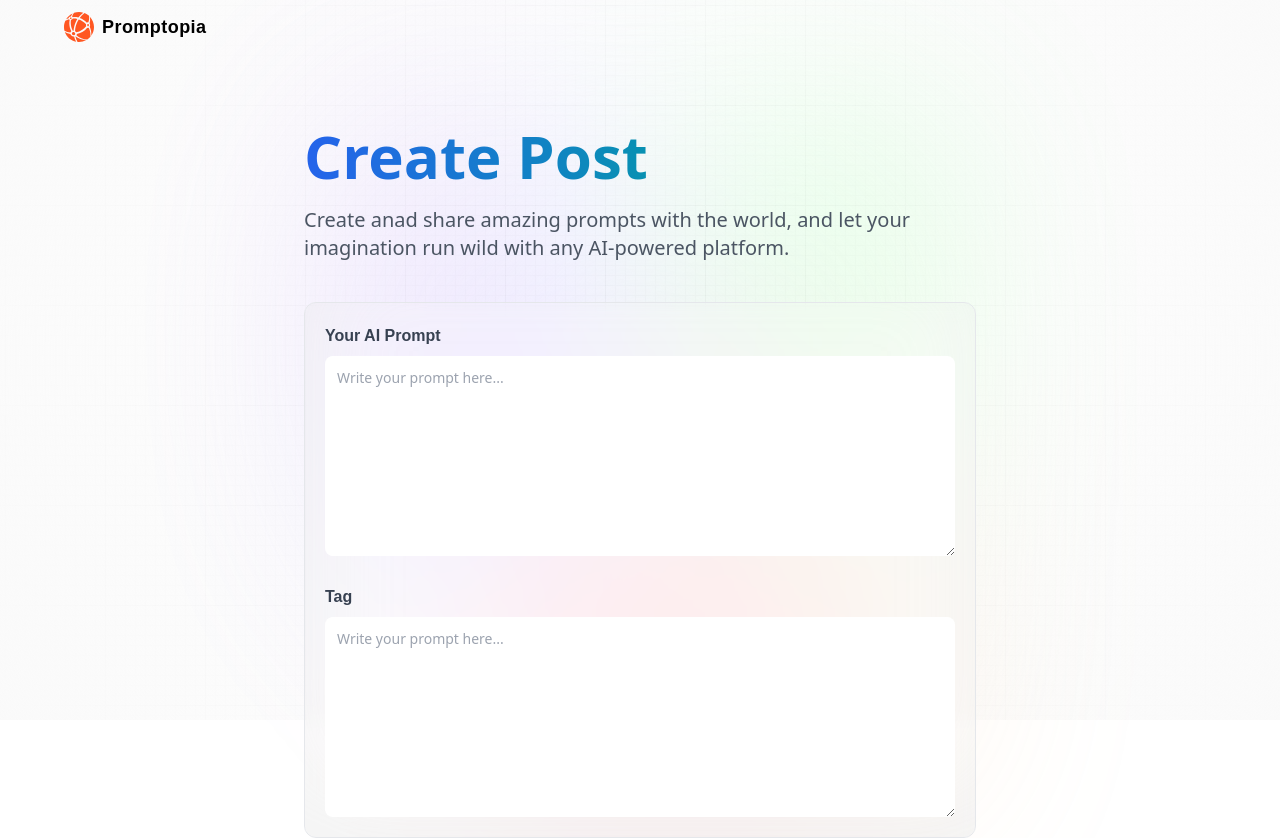
Repository: shraddesh123/promptAI
Page: /create-prompt
These files come from the project's save history. The page is drawn as it stood at one moment and after a run of saves; the edit follows.
The browser window is 1280 px wide. The pictures show the whole page.
The page's requests for data from a server got no answer. The project was rebuilt for these pictures with package versions that can differ from the ones it lists, and the page was loaded fresh each time. The framework's server and built-in components were replaced by stand-ins that run in the browser. No one was signed in, and anything a server would have sent is missing. Also part of the build but not shown: next.config.mjs.

Above is the page before, as saved 2024-08-02 18:40:59.

### app/layout.jsx

import "@styles/global.css";
import Nav from "@components/Nav";
import Provider from "@components/Provider";


export const metadata = {
    title: "Promptopia",
    description: "Discover & Share AI Prompts",
};
//we did not returning anything like other components
const RootLayout = ({ children }) => (
    <html lang='en'>
        <body>
            <Provider>
                <div className='main'>
                    <div className='gradient' />
                </div>
                <main className='app'>
                    <Nav />
                    {children}
                </main>
            </Provider>
        </body>
    </html>
);

export default RootLayout;

### app/create-prompt/page.jsx
"use client";
import { useState } from "react"
import { useSession } from "next-auth/react";
import { useRouter } from "next/router";

import Form from "@components/Form";


const CreatePrompt = () => {
    const [Submitting, setSubmitting] = useState(false);
    const [Post, setPost] = useState({
        prompt: '',
        tag: '',
    });
    const createPrompt = async (e) => {

    }
    return (
        <div>
            <Form
                type="Create"
                post={Post}
                setPost={setPost}
                Submitting={Submitting}
                handleSubmit={createPrompt}
            />
        </div>
    )
}

export default CreatePrompt

### styles/global.css
@import url("https://fonts.googleapis.com/css2?family=Inter:wght@100;200;300;400;500;600;700;800;900&display=swap");

@tailwind base;
@tailwind components;
@tailwind utilities;

/*
  Note: The styles for this gradient grid background is heavily inspired by the creator of this amazing site (https://dub.sh) – all credits go to them!
*/

.main {
  width: 100vw;
  min-height: 100vh;
  position: fixed;
  display: flex;
  justify-content: center;
  padding: 120px 24px 160px 24px;
  pointer-events: none;
}

.main:before {
  background: radial-gradient(circle, rgba(2, 0, 36, 0) 0, #fafafa 100%);
  position: absolute;
  content: "";
  z-index: 2;
  width: 100%;
  height: 100%;
  top: 0;
}

.main:after {
  content: "";
  background-image: url("/assets/images/grid.svg");
  z-index: 1;
  position: absolute;
  width: 100%;
  height: 100%;
  top: 0;
  opacity: 0.4;
  filter: invert(1);
}

.gradient {
  height: fit-content;
  z-index: 3;
  width: 100%;
  max-width: 640px;
  background-image: radial-gradient(
      at 27% 37%,
      hsla(215, 98%, 61%, 1) 0px,
      transparent 0%
    ),
    radial-gradient(at 97% 21%, hsla(125, 98%, 72%, 1) 0px, transparent 50%),
    radial-gradient(at 52% 99%, hsla(354, 98%, 61%, 1) 0px, transparent 50%),
    radial-gradient(at 10% 29%, hsla(256, 96%, 67%, 1) 0px, transparent 50%),
    radial-gradient(at 97% 96%, hsla(38, 60%, 74%, 1) 0px, transparent 50%),
    radial-gradient(at 33% 50%, hsla(222, 67%, 73%, 1) 0px, transparent 50%),
    radial-gradient(at 79% 53%, hsla(343, 68%, 79%, 1) 0px, transparent 50%);
  position: absolute;
  content: "";
  width: 100%;
  height: 100%;
  filter: blur(100px) saturate(150%);
  top: 80px;
  opacity: 0.15;
}

@media screen and (max-width: 640px) {
  .main {
    padding: 0;
  }
}

/* Tailwind Styles */

.app {
  @apply relative z-10 flex justify-center items-center flex-col max-w-7xl mx-auto sm:px-16 px-6;
}

.black_btn {
  @apply rounded-full border border-black bg-red-500 py-1.5 px-5 text-white transition-all hover:bg-white hover:text-black text-center text-sm font-inter flex items-center justify-center;
}

.outline_btn {
  @apply rounded-full border border-black bg-transparent py-1.5 px-5 text-black transition-all hover:bg-black hover:text-white text-center text-sm font-inter flex items-center justify-center;
}

.head_text {
  @apply mt-5 text-5xl font-extrabold leading-[1.15] text-black sm:text-6xl;
}

.orange_gradient {
  @apply bg-gradient-to-r from-amber-500 via-orange-600 to-yellow-500 bg-clip-text text-transparent;
}

.green_gradient {
  @apply bg-gradient-to-r from-green-400 to-green-500 bg-clip-text text-transparent;
}

.blue_gradient {
  @apply bg-gradient-to-r from-blue-600 to-cyan-600 bg-clip-text text-transparent;
}

.desc {
  @apply mt-5 text-lg text-gray-600 sm:text-xl max-w-2xl;
}

.search_input {
  @apply block w-full rounded-md border border-gray-200 bg-white py-2.5 font-satoshi pl-5 pr-12 text-sm shadow-lg font-medium focus:border-black focus:outline-none focus:ring-0;
}

.copy_btn {
  @apply w-7 h-7 rounded-full bg-white/10 shadow-[inset_10px_-50px_94px_0_rgb(199,199,199,0.2)] backdrop-blur flex justify-center items-center cursor-pointer;
}

.glassmorphism {
  @apply rounded-xl border border-gray-200 bg-white/20 shadow-[inset_10px_-50px_94px_0_rgb(199,199,199,0.2)] backdrop-blur p-5;
}

.prompt_layout {
  @apply space-y-6 py-8 sm:columns-2 sm:gap-6 xl:columns-3;
}

/* Feed Component */
.feed {
  @apply mt-16 mx-auto w-full max-w-xl flex justify-center items-center flex-col gap-2;
}

/* Form Component */
.form_textarea {
  @apply w-full flex rounded-lg h-[200px] mt-2 p-3 text-sm text-gray-500 outline-0;
}

.form_input {
  @apply w-full flex rounded-lg mt-2 p-3 text-sm text-gray-500 outline-0;
}

/* Nav Component */
.logo_text {
  @apply max-sm:hidden font-satoshi font-semibold text-lg text-black tracking-wide;
}

.dropdown {
  @apply absolute right-0 top-full mt-3 w-full p-5 rounded-lg bg-white min-w-[210px] flex flex-col gap-2 justify-end items-end;
}

.dropdown_link {
  @apply text-sm font-inter text-gray-700 hover:text-gray-500 font-medium;
}

/* PromptCard Component */
.prompt_card {
  @apply flex-1 break-inside-avoid rounded-lg border border-gray-300 bg-white/20 bg-clip-padding p-6 pb-4 backdrop-blur-lg backdrop-filter md:w-[360px] w-full h-fit;
}

.flex-center {
  @apply flex justify-center items-center;
}

.flex-start {
  @apply flex justify-start items-start;
}

.flex-end {
  @apply flex justify-end items-center;
}

.flex-between {
  @apply flex justify-between items-center;
}

### components/Nav.jsx
"use client";
import Link from "next/link"
import Image from "next/image"
import { useState, useEffect } from "react"
import { signIn, signOut, useSession, getProviders } from 'next-auth/react'


const Nav = () => {

    const { data: session } = useSession();
    const [providers, setProviders] = useState(null);
    const [toggleDropdown, setToggleDropdown] = useState(false);

    useEffect(() => {//functional component to fetch the available authentication providers from the next-auth library
        const setUpProviders = async () => {
            const res = await getProviders();//the getProviders function is called and the result is stored in the res variable.
            setProviders(res);
            // The setProviders function is then called with the res variable to update the providers state variable.
        }
        setUpProviders();
    }, []);


    return (
        <nav className="flex-between w-full mb-16 pt-3">
            <Link
                href="/"
                className="flex gap-2 flex-center">

                <Image
                    src="/assets/images/logo.svg"
                    width={30}
                    height={30}
                    className="object-contain"
                    alt="logo"
                />

                <p className="logo_text">Promptopia</p>

            </Link>
            {/*desktop navigation*/}
            <div className="sm:flex hidden">
                {session?.user ? (
                    <div className="flex gap-3 md:gap-5">
                        <Link
                            href="/create-prompt"
                            className="black_btn"
                        >
                            Create Post
                        </Link>
                        <button
                            type="button"
                            onClick={signOut}
                            className="outline_btn">
                            Sign Out
                        </button>
                        <Link href="/profile">
                            <Image
                                src={session?.user.image}
                                width={37}
                                height={37}
                                className="rounded-full"
                                alt="profile"
                            />
                        </Link>
                    </div>
                ) : (
                    <>
                        {providers &&
                            Object.values(providers).map((provider) => (
                                <button
                                    type='button'
                                    key={provider.name}
                                    onClick={() => {
                                        signIn(provider.id);
                                    }}
                                    className='black_btn'
                                >
                                    Sign In
                                </button>
                            ))}
                    </>
                )}
            </div>
            {/*mobile navigation*/}
            <div className="sm:hidden flex relative">
                {session?.user ? (
                    <div className="flex">
                        <Image
                            src={session?.user.image}
                            width={30}
                            height={30}
                            className="object-contain cursor-pointer"
                            alt="profile"
                            onClick={() => setToggleDropdown(!toggleDropdown)}//prev is a reference to the previous value of the toggleDropdown state variable.!prev expression is used to toggle the value of prev. If prev is true, !prev will be false, and vice versa.
                        />
                        {toggleDropdown && (
                            <div className="dropdown">
                                <Link
                                    href='/profile'
                                    className='dropdown_link'
                                    onClick={() => setToggleDropdown(false)}
                                >
                                    My Profile
                                </Link>
                                <Link
                                    href='/create-prompt'
                                    className='dropdown_link'
                                    onClick={() => setToggleDropdown(false)}
                                >
                                    Create Post
                                </Link>
                                <button
                                    type="button"
                                    onClick={() => {
                                        setToggleDropdown(false);
                                        signOut();
                                    }}
                                    className="mt-5 w-full black_btn"
                                >
                                    Sign Out
                                </button>
                            </div>
                        )}
                    </div>
                )
                    :
                    (
                        <>
                            {providers &&
                                Object.values(providers).map((provider) => (
                                    <button
                                        type='button'
                                        key={provider.name}
                                        onClick={() => {
                                            signIn(provider.id);
                                        }}
                                        className='black_btn'
                                    >
                                        Sign in
                                    </button>
                                ))}
                        </>
                    )}
            </div>
        </nav>
    )
}

export default Nav

### components/Provider.jsx
"use client";
import { SessionProvider } from 'next-auth/react'

const Provider = ({ children, session }) => {

  return (
    <SessionProvider session={session}>
      {children}
    </SessionProvider>
  )
}

export default Provider

### components/Form.jsx
import Link from "next/link"

const Form = ({ type, post, setPost, Submitting, handleSubmit }) => {
  return (
    <section className="w-full max-w-full flex-start flex-col">
      <h1 className="head_text text-left "> <span className="blue_gradient">{type} Post</span></h1>
      <p className="desc text-left max-w-md">
        {type} anad share amazing prompts with the world, and let your imagination run wild with any AI-powered platform.
      </p>
      <form
        onSubmit={handleSubmit}
        className="mt-10 w-full max-w-2xl flex flex-col gap-7 glassmorphism">
        <label>
          <span className="font-satoshi font-semibold text-base text-gray-700">Your AI Prompt</span>
          <textarea value={post.prompt} onChange={(e) => setPost({
            ...post,
            prompt: e.target.value
          })}
            placeholder="Write your prompt here..."
            className="form_textarea" />
        </label>
        <label>
          <span className="font-satoshi font-semibold text-base text-gray-700">Tag
            <span></span>
          </span>
          <textarea value={post.prompt} onChange={(e) => setPost({
            ...post,
            prompt: e.target.value
          })}
            placeholder="Write your prompt here..."
            className="form_textarea" />
        </label>
      </form>
    </section>
  )
}

export default Form

Loaded but not shown: tailwind.config.js (common file)

After the next 8 saves:
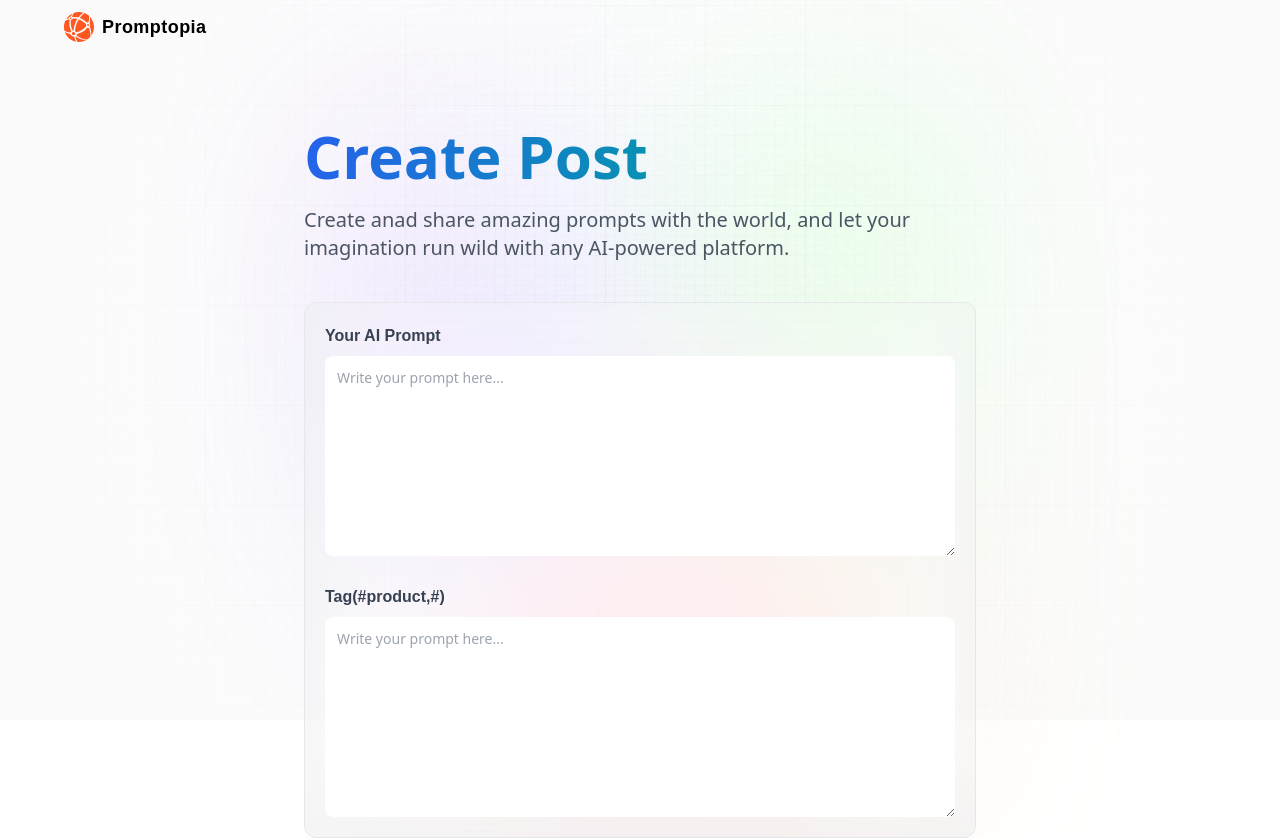
The 8 saves are shown as one change because 4 did not build or start and some came seconds apart.
The last was saved 46 s later.
--- a/components/Form.jsx
+++ b/components/Form.jsx
@@ -21,7 +21,7 @@ const Form = ({ type, post, setPost, Submitting, handleSubmit }) => {
         </label>
         <label>
           <span className="font-satoshi font-semibold text-base text-gray-700">Tag
-            <span></span>
+            <span>(#product,#)</span>
           </span>
           <textarea value={post.prompt} onChange={(e) => setPost({
             ...post,
